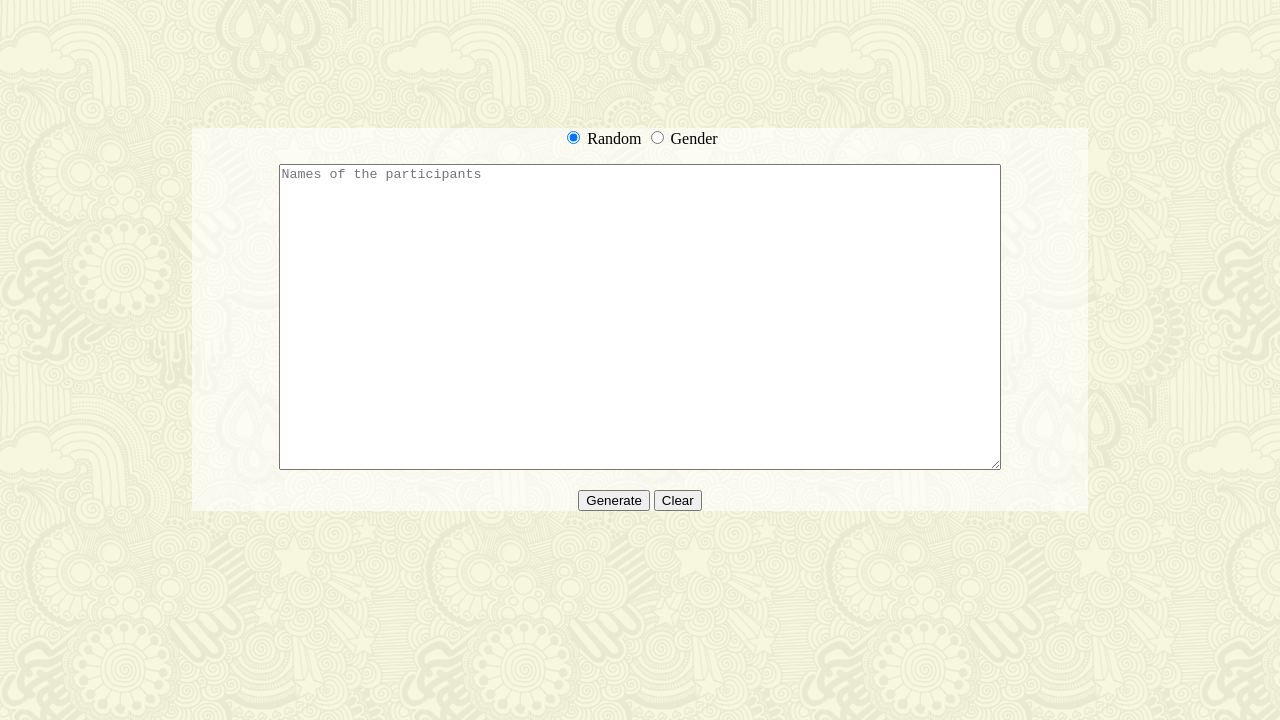
Repository: Maxenboy/Computer-Engineering-BA-A-Web-Programming-with-HTML5-CSS3-and-JavaScript-DT146G
Page: Mittuniversitet/TeamGenerator/index.html
These files come from the project's save history. The page is drawn as it stood at one moment and after the next save; the edit follows.
The browser window is 1280 px wide. The pictures show the whole page.

Above is the page before, as saved 2014-09-22 15:16:19.
Console error: ReferenceError: init is not defined

After the next save:
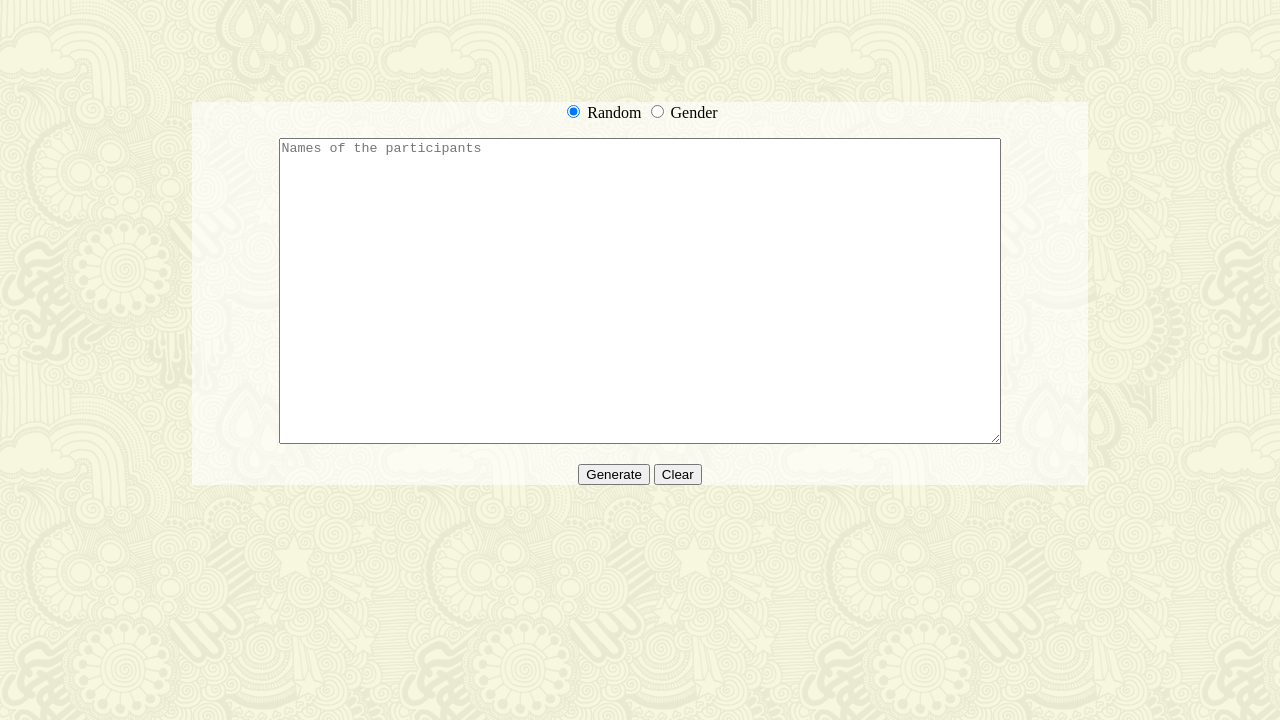
Saved 18 s later.
--- a/Mittuniversitet/TeamGenerator/css/main.css
+++ b/Mittuniversitet/TeamGenerator/css/main.css
@@ -8,7 +8,7 @@
 }
 body {
 	background-color: rgba(255,255,255,.6);
-	margin: 10% 15% 10% 15%;
+	margin: 8% 15% 8% 15%;
 }
 textarea {
 	width: 80%;
